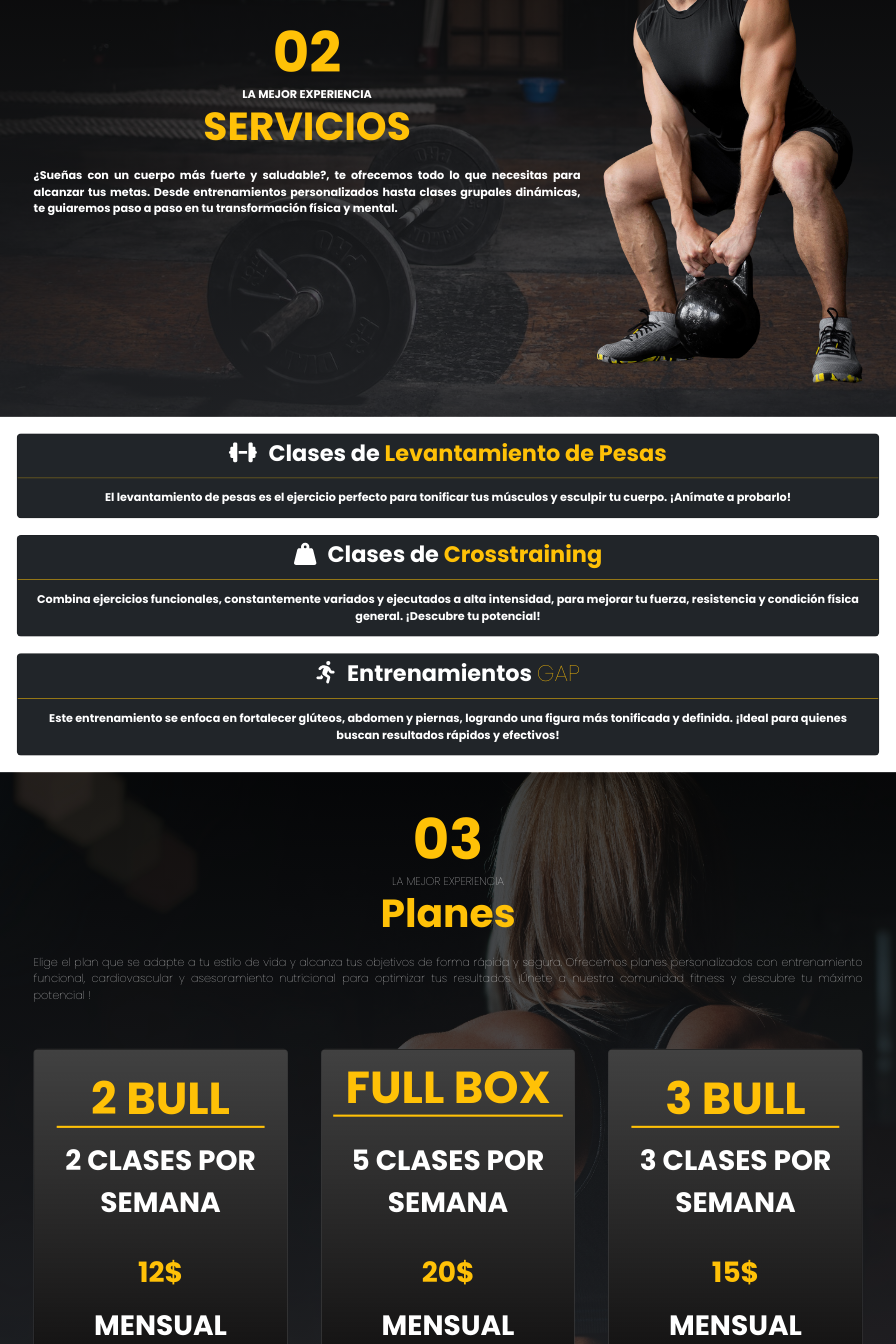
Repository: enjeru13/BullBox
Page: / (app in BullBox/)
The author's editor kept a copy of each file at every save. The page is drawn from the files as they stood at one save, then again after the next save.
The browser window is 1280 px wide. The pictures show the part of the page from y = 1985 to 3905 px (the page is 4177 px tall), at 70% of full size.
The project was rebuilt for these pictures with package versions that can differ from the ones it lists, and the page was loaded fresh each time. Also part of the build but not shown: BullBox/vite.config.js, BullBox/src/pages/Registro.jsx, BullBox/src/pages/Login.jsx, BullBox/src/pages/Perfil.jsx, BullBox/src/pages/Tienda.jsx, BullBox/ProtectedRoute.jsx.

Above is the page before, as saved 2024-10-28 12:21:19.

### BullBox/index.html
<!doctype html>
<html lang="en">
  <head>
    <meta charset="UTF-8" />
    <link rel="icon" type="image/svg+xml" href="/vite.svg" />
    <link rel="preconnect" href="https://fonts.googleapis.com">
<link rel="preconnect" href="https://fonts.gstatic.com" crossorigin>
<link href="https://fonts.googleapis.com/css2?family=Poppins:ital,wght@0,100;0,200;0,300;0,400;0,500;0,600;0,700;0,800;0,900;1,100;1,200;1,300;1,400;1,500;1,600;1,700;1,800;1,900&family=Raleway:ital,wght@0,100;0,200;0,300;0,400;0,500;0,600;0,700;0,800;0,900;1,100;1,200;1,300;1,400;1,500;1,600;1,700;1,800;1,900&display=swap" rel="stylesheet">
    <meta name="viewport" content="width=device-width, initial-scale=1.0" />
    <title>Bull Box</title>
  </head>
  <body>
    <div id="root"></div>
    <script type="module" src="/src/main.jsx"></script>
    <script
    src="https://cdn.jsdelivr.net/npm/bootstrap@5.0.2/dist/js/bootstrap.bundle.min.js"
    integrity="sha384-MrcW6ZMFYlzcLA8Nl+NtUVF0sA7MsXsP1UyJoMp4YLEuNSfAP+JcXn/tWtIaxVXM"
    crossorigin="anonymous"
  ></script>
</html>

### BullBox/src/App.jsx
import { BrowserRouter, Routes, Route } from 'react-router-dom'
import { AuthProvider } from './context/AuthContext'
import Header from './components/Header'
import Inicio from './pages/Inicio'
import Registro from './pages/Registro'
import Login from './pages/Login'
import Perfil from './pages/Perfil'
import Tienda from './pages/Tienda'
import ProtectedRoute from '../ProtectedRoute'
import Footer from './components/Footer'

function App() {
  return (
    <AuthProvider>
      <BrowserRouter>
        <Header/>
        <Routes>
          <Route path='/' element={<Inicio />} />

          <Route path='/register' element={<Registro />} />

          <Route path='/login' element={<Login />} />

          <Route path='/tienda' element={<Tienda />} />

          <Route element={<ProtectedRoute/>}>
            <Route path='/profile' element={<Perfil />} />
          </Route>

        </Routes>
        <Footer/>
      </BrowserRouter>
    </AuthProvider>
  )
}

export default App

### BullBox/src/index.css
* {
 margin: 0;
 padding: 0;
 font-family: "Poppins", serif;
 font-optical-sizing: auto;
 font-weight: 100;
 font-style: normal;
}

/* Inicio */

.bg-image {
  background: linear-gradient(rgba(0, 0, 0, 0.717), rgba(36, 38, 42, 0.745)), url("/img/fondo.jpg");
  height: 100vh; /* 100vh = 100% de la altura de la viewport */
  width: 100vw; /* 100vw = 100% del ancho de la viewport */
  background-size: cover; /* Hace que la imagen cubra todo el espacio disponible */
  background-position: center; /* Centra la imagen */
  background-repeat: no-repeat; /* Evita que la imagen se repita */
  justify-content: center;
  align-items: center;
  display: flex;
}

/* Nosotros */

.bg {
  background-color: #dde1e9;
}

.justified-text {
  text-align: justify;
}

/* Servicios */

.bg-image-servicios {
  background: linear-gradient(rgba(0, 0, 0, 0.717), rgba(36, 38, 42, 0.745)), url("/img/fondo-servicios.jpg");
  background-size: cover; /* Hace que la imagen cubra todo el espacio disponible */
  background-position: center; /* Centra la imagen */
  background-repeat: no-repeat; /* Evita que la imagen se repita */
}

/* Planes */

.bg-image-planes {
  background: linear-gradient(rgba(0, 0, 0, 0.717), rgba(36, 38, 42, 0.745)), url("/img/fondo-planes1.jpg");
  background-size: cover; /* Hace que la imagen cubra todo el espacio disponible */
  background-position: center; /* Centra la imagen */
  background-repeat: no-repeat; /* Evita que la imagen se repita */
}

.bg-card {
  background: linear-gradient(rgba(0, 0, 0, 0.745), rgb(18, 17, 17));
}

### BullBox/src/context/AuthContext.jsx
import { createContext, useContext, useState, useEffect } from 'react'
import { registerRequest, loginRequest, verifyTokenRequest } from '../api/auth'
import Cookies from 'js-cookie'

const AuthContext = createContext();

// eslint-disable-next-line react-refresh/only-export-components
export const useAuth = () => {
    const context = useContext(AuthContext)
    if (!context) {
        throw new Error('useAuth deberia estar dentro del Provider')
    }
    return context
}

// eslint-disable-next-line react/prop-types
export const AuthProvider = ({ children }) => {

    const [user, setUser] = useState(null)
    const [isAuthenticated, setIsAuthenticated] = useState(false)
    const [errors, setErrors] = useState([])
    const [loading, setLoading] = useState(true)

    const signUp = async (user) => {
        try {
            const res = await registerRequest(user)
            console.log(res.data)
            setUser(res.data)
            setIsAuthenticated(true)
        } catch (error) {
            console.log(error.response)
            setErrors(error.response.data)
        }
    }

    const signIn = async (user) => {
        try {
            const res = await loginRequest(user)
            console.log(res.data)
            setUser(res.data)
            setIsAuthenticated(true)
        } catch (error) {
            if (Array.isArray(error.response.data)) {
                return setErrors(error.response.data)
            }
            setErrors([error.response.data.message])
        }
    }

    const logOut = () => {
        Cookies.remove('token')
        setIsAuthenticated(false)
        setUser(null)
    }

    // timer de las alertas de errores

    useEffect(() => {
        if (errors.length > 0) {
            const timer = setTimeout(() => {
                setErrors([])
            }, 3000);
            return () => clearTimeout(timer)
        }
    }, [errors])

    useEffect(() => {
        async function checkLogin() {
            const cookies = Cookies.get()

            if (!cookies.token) {
                setIsAuthenticated(false)
                setLoading(false)
                return setUser(null)
            }
            try {
                const res = await verifyTokenRequest(cookies.token)
                if (!res.data) {
                    setIsAuthenticated(false)
                    setLoading(false)
                    return
                }

                setIsAuthenticated(true)
                setUser(res.data)
                setLoading(false)

            } catch (error) {
                console.log(error)
                setIsAuthenticated(false)
                setUser(null)
                setLoading(false)
            }
        }
        checkLogin()
    }, [])

    return (
        <AuthContext.Provider value={{
            signUp,
            signIn,
            logOut,
            loading,
            user,
            isAuthenticated,
            errors,
        }}>
            {children}
        </AuthContext.Provider>
    )
}

export default AuthContext

### BullBox/src/components/Header.jsx
import { Link } from "react-router-dom"
import { useAuth } from '../context/AuthContext'

function Header() {

    const { isAuthenticated, logOut, user } = useAuth()

    return (
        <>
            <nav className="navbar navbar-expand-lg bg-dark border-bottom border-warning p-4 sticky-top">
                <div className="container-fluid">
                    <a className="navbar-brand text-white fs-1 " href='#'>BULL <span className="text-warning">BOX</span></a>
                    <button className="navbar-toggler border-2 border-warning" type="button" data-bs-toggle="collapse" data-bs-target="#navbarNav" aria-controls="navbarNav" aria-expanded="false" aria-label="Toggle navigation">
                        <span className="navbar-toggler-icon"></span>
                    </button>
                    <div className="collapse navbar-collapse " id="navbarNav">
                        <ul className="navbar-nav ms-auto justify-content-center align-items-center">
                            <li className="nav-item">
                                <Link className="nav-link text-white fs-4 active mx-3" aria-current="page" to="/">Inicio</Link>
                            </li>
                            <li className="nav-item">
                                <Link className="nav-link text-white fs-4 mx-3" to="/tienda">Tienda</Link>
                            </li>
                            {isAuthenticated ? (
                                <>
                                    <li className="nav-item">
                                        <Link className="nav-link text-white fs-4 mx-3" to='/profile'>Tu perfil {user.username} </Link>
                                    </li>
                                    <li className="nav-item ">
                                        <Link className="nav-link text-white fs-4 mx-3" to='/' onClick={() => {
                                            logOut()
                                        }}>Cerrar Sesión</Link>
                                    </li>
                                </>
                            ) : (
                                <>
                                    <li className="nav-item">
                                        <Link className="nav-link text-white fs-4 mx-3" to="/login">Inicia Sesión</Link>
                                    </li>
                                </>)}
                        </ul>
                    </div >
                </div >
            </nav >
        </>
    )
}

export default Header

### BullBox/src/pages/Inicio.jsx
import { FontAwesomeIcon } from '@fortawesome/react-fontawesome';
import { faLocationPin, faDumbbell, faPersonRunning, faWeightHanging } from '@fortawesome/free-solid-svg-icons';
import nosotros from '/img/nosotros.png'
import servicios from '/img/servicios.png'
import QRvzla from '/img/QRvzla.jpg'
import Mapa from '../components/Mapa'

function Inicio() {
    return (
        <>
            {/* Inicio */}

            <section className="bg-image text-center text-white fw-bold">
                <div className=''>
                    <h2 className='fw-bold display-4'>HAZ QUE <span className='text-warning'>OCURRA</span></h2>
                    <h5 className=''>Triunfar es mas facil de lo que piensas !</h5>
                    <hr className='text-warning' />
                    <h2 className='fw-bold display-4'>ENTRENA <span className='text-warning'>GRATIS HOY ! </span> </h2>
                    <h5 className=''>Primera Clase Gratis !</h5>
                </div>
            </section>

            {/* Nosotros */}

            <section className='container fw-bold p-5'>
                <div className='row justify-content-center align-items-center'>
                    <div className='col-md-4'>
                        <img className='img-fluid' src={nosotros} />
                    </div>
                    <div className='col-md-8 my-4 text-center'>
                        <div className='text-warning fw-bold display-1'>
                            01
                        </div>
                        <span className='fw-bold'>LA MEJOR EXPERIENCIA</span>
                        <h1 className='text-warning fw-bold display-4'>NOSOTROS</h1>
                        <p className='justified-text pt-3 fw-bold'> Creemos en el poder del movimiento y en el potencial ilimitado de cada persona. Nuestro equipo de expertos te guiará en cada paso del camino, diseñando planes de entrenamiento personalizados para ayudarte a alcanzar tus metas. </p>
                    </div>
                </div>
                <div >
                    <h1 className='text-center pt-3 pb-3 text-warning fw-bold'>Nuestra ubicacion</h1>
                    <Mapa />
                </div>
                <div>
                    <h3 className='text-center pt-4 fw-bold'> <FontAwesomeIcon className='text-warning me-2' icon={faLocationPin} />Barrio Obrero Calle 15 entre Carreras 21 y 22</h3>
                </div>
            </section>

            {/* Servicios */}

            <section className='bg-image-servicios fw-bold p-5 text-center text-white'>
                <div className='row justify-content-center align-items-center'>
                    <div className='col-md-8 my-4 text-center'>
                        <div className='text-warning fw-bold display-1'>
                            02
                        </div>
                        <span className='fw-bold'>LA MEJOR EXPERIENCIA</span>
                        <h2 className='text-warning fw-bold display-4'>SERVICIOS</h2>
                        <p className='justified-text pt-3 fw-bold'> ¿Sueñas con un cuerpo más fuerte y saludable?, te ofrecemos todo lo que necesitas para alcanzar tus metas. Desde entrenamientos personalizados hasta clases grupales dinámicas, te guiaremos paso a paso en tu transformación física y mental. </p>
                    </div>
                    <div className='col-md-4'>
                        <img className='img-fluid' src={servicios} />
                    </div>
                </div>
            </section>

            <div className="card text-center m-4 fw-bold bg-dark text-white">
                <div className="card-header border-warning">
                    <h2 className="text-center fw-bold"><i className='me-3'><FontAwesomeIcon icon={faDumbbell} /></i>Clases de <span className='text-warning fw-bold'>Levantamiento de Pesas</span></h2>
                </div>
                <div className="card-body">
                    <p className="card-text text-center fw-bold">El levantamiento de pesas es el ejercicio perfecto para tonificar tus músculos y esculpir tu cuerpo. ¡Anímate a probarlo!</p>
                </div>
            </div>

            <div className="card text-center m-4 fw-bold bg-dark text-white">
                <div className="card-header border-warning">
                    <h2 className=" fw-bold card-title text-center"><i className='me-3'><FontAwesomeIcon icon={faWeightHanging} /></i>Clases de <span className='text-warning fw-bold'>Crosstraining</span></h2>
                </div>
                <div className="card-body">
                    <p className="card-text text-center fw-bold">Combina ejercicios funcionales, constantemente variados y ejecutados a alta intensidad, para mejorar tu fuerza, resistencia y condición física general. ¡Descubre tu potencial!</p>
                </div>
            </div>

            <div className="card text-center m-4 fw-bold bg-dark text-white">
                <div className="card-header border-warning">
                    <h2 className=" fw-bold card-title text-center"><i className='me-3'><FontAwesomeIcon icon={faPersonRunning} /></i>Entrenamientos <span className='text-warning'>GAP</span></h2>
                </div>
                <div className="card-body">
                    <p className="card-text text-center fw-bold">Este entrenamiento se enfoca en fortalecer glúteos, abdomen y piernas, logrando una figura más tonificada y definida. ¡Ideal para quienes buscan resultados rápidos y efectivos!</p>
                </div>
            </div>

            {/* Planes */}

            <section className='bg-image-planes fw-bold p-5 text-center text-white'>
                <div className=''>
                    <div className='text-warning fw-bold display-1'>
                        03
                    </div>
                    <span>LA MEJOR EXPERIENCIA</span>
                    <h2 className='text-warning fw-bold display-4'>Planes</h2>
                </div>
                <p className='justified-text pt-3'>Elige el plan que se adapte a tu estilo de vida y alcanza tus objetivos de forma rápida y segura. Ofrecemos planes personalizados con entrenamiento funcional, cardiovascular y asesoramiento nutricional para optimizar tus resultados. ¡Únete a nuestra comunidad fitness y descubre tu máximo potencial ! </p>
                <div className="row row-cols-1 row-cols-md-3 g-5 pt-5">
                    <div className="col">
                        <div className="bg-card card h-100">
                            <div className="card-body">
                                <h5 className="card-title text-center text-warning display-3 fw-bold m-3 border-bottom border-3 border-warning">2 BULL</h5>
                                <p className="card-text text-center text-white fs-1 fw-bold">2 CLASES POR SEMANA</p>
                                <br />
                                <p className='text-center fs-1 text-warning fw-bold'>12$</p>
                                <p className='text-center text-white fs-1 fw-bold'>MENSUAL</p>
                            </div>
                        </div>
                    </div>
                    <div className="col">
                        <div className="bg-card card h-100">
                            <div className="card-body">
                                <h5 className="card-title text-center text-warning display-3 fw-bold border-bottom border-3 border-warning">FULL BOX</h5>
                                <br />
                                <p className="card-text text-center text-white fs-1 fw-bold ">5 CLASES POR SEMANA</p>
                                <br />
                                <p className='text-center fs-1 text-warning fw-bold'>20$</p>
                                <p className='text-center text-white fs-1 fw-bold'>MENSUAL</p>
                            </div>
                        </div>
                    </div>
                    <div className="col">
                        <div className="bg-card card h-100">
                            <div className="card-body">
                                <h5 className="card-title text-center text-warning display-3 fw-bold m-3 border-bottom border-3 border-warning">3 BULL</h5>
                                <p className="card-text text-center text-white fs-1 fw-bold">3 CLASES POR SEMANA</p>
                                <br />
                                <p className='text-center fs-1 text-warning fw-bold'>15$</p>
                                <p className='text-center text-white fs-1 fw-bold'>MENSUAL</p>
                            </div>
                        </div>
                    </div>
                    <div className='container-fluid h-100 d-flex flex-column justify-content-center align-items-center pt-5'>
                        <button type="button" className="btn btn-warning fw-bold fs-4" data-bs-toggle="modal" data-bs-target="#staticBackdrop">
                            Metodos de Pago
                        </button>
                    </div>
                    <div className="modal fade" id="staticBackdrop" data-bs-backdrop="static" data-bs-keyboard="false" tabIndex="-1" aria-labelledby="staticBackdropLabel" aria-hidden="true">
                        <div className="modal-dialog">
                            <div className="modal-content bg-dark">
                                <div className="modal-header">
                                    <h1 className="modal-title text-warning fs-4" id="staticBackdropLabel">Métodos de Pago</h1>
                                    <button type="button" className="btn-close" data-bs-dismiss="modal" aria-label="Close"></button>
                                </div>
                                <div className="modal-dialog modal-dialog-scrollable text-warning fs-5">
                                    Utiliza el método de pago que mejor se adapte a ti!
                                </div>
                                <p className='text-warning text-center fs-5'>QR Banco de Venezuela</p>
                                <img src={QRvzla} alt="QR banco de Venezuela" />
                                <p className='text-warning text-center fs-5 pt-3'>QR Banco de Venezuela</p>
                                <img src={QRvzla} alt="" />
                                <p className='text-warning text-center fs-5'>QR Banco de Venezuela</p>
                                <img src={QRvzla} alt="" />
                            </div>
                        </div>
                    </div>
                </div>
            </section>
            {/* <Footer /> */}
        </>

    )
}

export default Inicio

### BullBox/src/components/Footer.jsx
import { FontAwesomeIcon } from '@fortawesome/react-fontawesome';
import { faWhatsapp, faFacebook, faInstagram } from '@fortawesome/free-brands-svg-icons';

function Footer() {
    return (
        <div className='d-flex flex-column align-items-center text-center bg-dark border-top border-warning container-fluid p-1'>
            <h5 className='text-white'>2024 - BULL <span className='text-warning'>BOX</span> Todos los Derechos Reservados</h5>
            <div className="d-flex justify-content-center">
                <div className="nav-item">
                    <a className="nav-link text-white fs-2" href="#"><FontAwesomeIcon icon={faWhatsapp} /></a>
                </div>
                <div className="nav-item">
                    <a className="nav-link text-white fs-2 ms-5" href="#"><FontAwesomeIcon icon={faFacebook} /></a>
                </div>
                <div className="nav-item">
                    <a className="nav-link text-white fs-2 ms-5" href="#"><FontAwesomeIcon icon={faInstagram} /></a>
                </div>
            </div>
        </div>
    )
}

export default Footer

### BullBox/src/components/Mapa.jsx
import { MapContainer, TileLayer, Marker, Popup } from 'react-leaflet'
import 'leaflet/dist/leaflet.css'
import './Mapa.css'


const Mapa = () => {
    return (

        <div className='container-fluid'>
            <MapContainer center={{ lat: '7.7819182', lng: '-72.2228125' }} zoom={16}>
                <TileLayer url='https://tile.openstreetmap.org/{z}/{x}/{y}.png'
                    attribution='&copy; <a href="http://www.openstreetmap.org/copyright">OpenStreetMap</a>' />
                <Marker position={{ lat: '7.7819182', lng: '-72.2228125' }}>
                    <Popup>
                        Ubicacion de BULL BOX
                    </Popup>
                </Marker>
            </MapContainer>
        </div>
    )
}

export default Mapa

### BullBox/src/api/axios.js
import axios from "axios";

const instance = axios.create({
    baseURL: 'http://localhost:3000/api',
    withCredentials: true
})

export default instance

### BullBox/src/components/Mapa.css
.leaflet-container {
    width: 100%;
    height: 300px;
    background: #000;
}

Loaded but not shown: BullBox/src/main.jsx (common file); BullBox/src/api/auth.js (7 lines, source omitted)

After the next save:
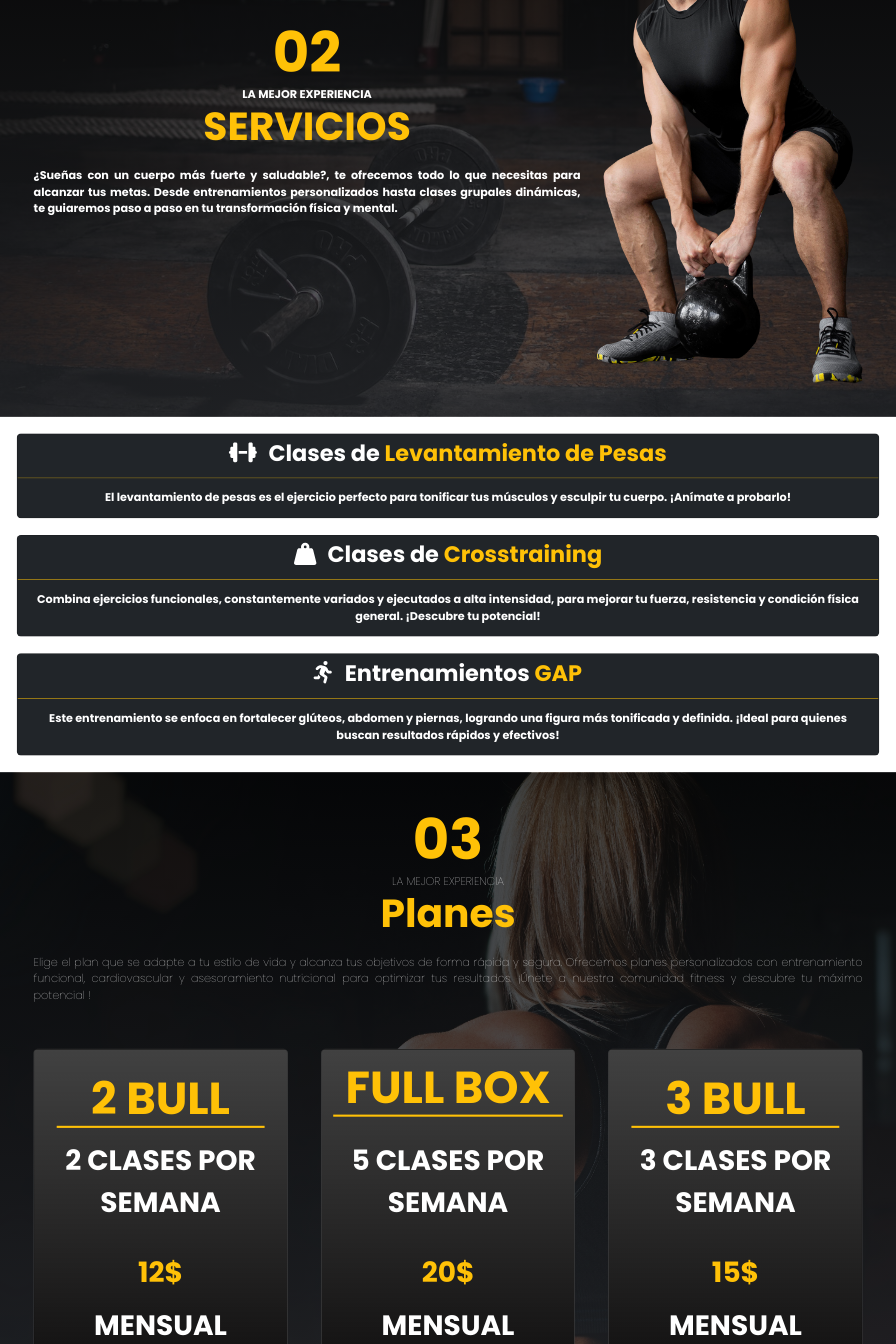
Saved 8 s later.
--- a/BullBox/src/pages/Inicio.jsx
+++ b/BullBox/src/pages/Inicio.jsx
@@ -83,7 +83,7 @@ function Inicio() {
 
             <div className="card text-center m-4 fw-bold bg-dark text-white">
                 <div className="card-header border-warning">
-                    <h2 className=" fw-bold card-title text-center"><i className='me-3'><FontAwesomeIcon icon={faPersonRunning} /></i>Entrenamientos <span className='text-warning'>GAP</span></h2>
+                    <h2 className=" fw-bold card-title text-center"><i className='me-3'><FontAwesomeIcon icon={faPersonRunning} /></i>Entrenamientos <span className='text-warning fw-bold'>GAP</span></h2>
                 </div>
                 <div className="card-body">
                     <p className="card-text text-center fw-bold">Este entrenamiento se enfoca en fortalecer glúteos, abdomen y piernas, logrando una figura más tonificada y definida. ¡Ideal para quienes buscan resultados rápidos y efectivos!</p>
